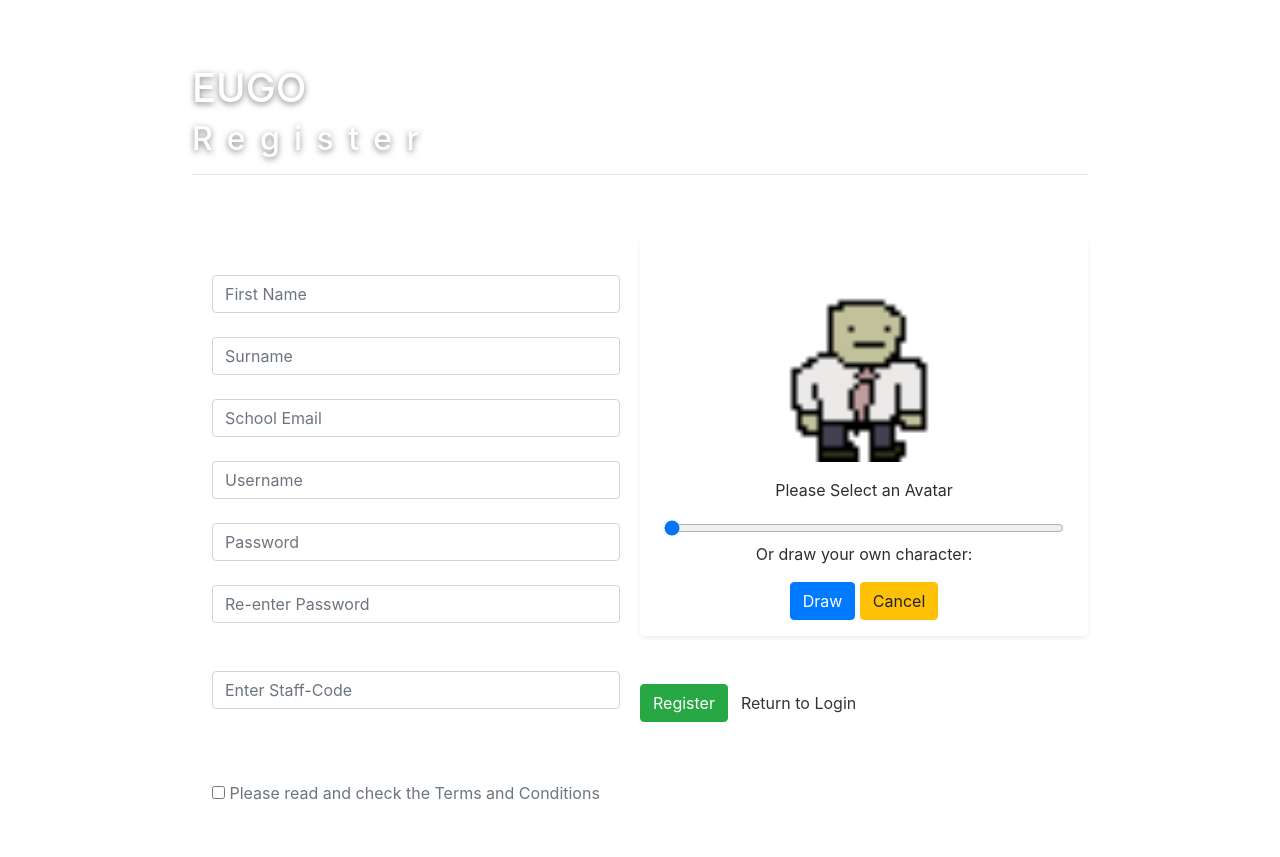
Repository: nbaker47/eugo_pokemongo_clone
Page: eugo/templates/register.html
An editor plug-in stored every save of this project. The page is shown before and after the next save, followed by the edit.
The browser window is 1280 px wide. The pictures show the whole page.
The template is drawn by Django 4.2. The application's start-up code is not run. Other server files are loaded and not shown. The template is opened directly, without the code that normally fills it, so the values that code supplies are empty.

Above is the page before, as saved 2022-03-23 12:59:44.

### eugo/templates/register.html
{% load static %}
<!doctype html>
<html lang="en">

<head>
    <meta charset="utf-8">
    <meta name="viewport" content="width=device-width, initial-scale=1, shrink-to-fit=no">
    <meta name="description" content="">
    <meta name="author" content="">

    <!---->
    <link rel="stylesheet" type="text/css" href='{% static "/eugo/css/bootstrap.css" %}' />

    <link rel="icon" href='{%static "/eugo/img/favicon.ico"%}'>

    <title>EUGO</title>

    <!-- Custom styles for this template -->
    <link href='{% static "/eugo/css/cover_cover.css" %}' rel="stylesheet">
    <link href='{% static "/eugo/css/map.css" %}' rel="stylesheet">
</head>

<body style="overflow: scroll;">

    <div id="reg-container">
        <div class="full-width-bar">
            <h1>EUGO</h1>
        </div>

        <div>
            <div class="cov-head">
                <h2 class="secondHeader">Register</h2>
                <hr>
            </div>
            <!-- Use java script to check validation-->

            <script>
                function validateForm() {

                    let fname = document.forms['myForm']['firstname'].value;
                    let lname = document.forms['myForm']['surname'].value;
                    //let username = document.forms['myForm']['username'].value;
                    let password1 = document.forms['myForm']['password1'].value;
                    let password2 = document.forms['myForm']['password2'].value;

                    var errors = [];
                    var valid = true;

                    var tester = /^[a-zA-Z]*$/


                    if (tester(fname)) {
                        errors.push("Name must not contain any spaces or special characters.")
                        valid = false;
                    }
                    if (tester(lname)) {
                        errors.push("Surname must not contain any spaces or special characters.")
                        valid = false;
                    }

                    if (password1 != password2) {
                        errors.push("Please keep the passwords the same.")
                        valid = false;
                    }

                    if (password1.search(/[a-z]/) < 0) {
                        errors.push("Your password must contain at least one letter.")
                        valid = false;
                    }
                    if (password1.search(/[0-9]/) < 0) {
                        errors.push("Your password must contain at least one digit.");
                        valid = false;
                    }
                    if (password1.search(/[A-Z]/) < 0) {
                        errors.push("Your password must contain at least one uppercase letter.")
                        valid = false;
                    }

                    if (errors.length > 0) {
                        var lines = errors.join("\r\n");
                        document.getElementById("errors").innerHTML = lines;
                    }

                    return valid;
                }
            </script>


            <br><br>
            <form id="formp" name="myForm" class="form" method="POST" action="." onsubmit="return validateForm()">
                <!--action to the php ./homePage.html -->
                {% csrf_token %}
                <!--Prevents csrf attacks -->
                <!--<p id="messages"></p>-->
                <!-- This will have the validation messages from the javascript checks-->
                <div id="register-form-left">
                    <p id="errors"></p>
                    <div class="form-group">
                        <label>
                        <input type="text" class="form-control" name="firstname" placeholder="First Name" size="50" required autocomplete="off">
                    </label>
                        <p id="fname"></p>
                    </div>
                    <div class="form-group">
                        <label>
                        <input type="text" class="form-control" name="surname" placeholder="Surname" size="50" required autocomplete="off">
                    </label>
                    </div>
                    <div class="form-group">
                        <label>
                        <input type="email" class="form-control"  name="email" placeholder="School Email" size="50" required autocomplete="off">
                    </label>
                    </div>
                    <div class="form-group">
                        <label>
                        <input type="text"  class="form-control" name="username" placeholder="Username" size="50" required autocomplete="off">
                    </label>
                    </div>
                    <div class="form-group">
                        <label>
                        <input type="password" class="form-control"  name="password1" placeholder="Password" size="50" minlength="8" required>
                    </label>
                    </div>
                    <div class="form-group">
                        <label>
                        <input type="password" class="form-control" name="password2" placeholder="Re-enter Password" size="50" minlength="8" required >
                    </label>
                    </div>
                    <br>
                    <div class="form-group">
                        <label>
                        <input type="text" class="form-control" name="staffno" placeholder="Enter Staff-Code" size="50" minlength="6">
                    </label>
                    </div>
                    <br><br>

                    <label>
                    <input type="checkbox" name="terms" value="" required>
                    <a href="https://gdpr.eu/terms-and-conditions/" class="text-muted">Please read and check the Terms and Conditions</a>
                </label>
                    <br><br>
                </div>
        </div>

        <!--Char selector-->
        <div id="char-select" class="shadow-sm p-3 mb-5 bg-white rounded">
            <img src="">
            <img src="">
            <img src="">
            <div class="image mt-3 mb-3 img-container" id="sliderImages">
                <img src='{% static "/eugo/img/teacher_sprites/teacher_1.png" %}' class="spirite-img">
                <img src='{% static "/eugo/img/teacher_sprites/teacher_2.png" %}' class="spirite-img">
                <img src='{% static "/eugo/img/teacher_sprites/teacher_3.png" %}' class="spirite-img">
            </div>

            <div id="sprite-designer-div">
                <canvas id="myCanvas" class="shadow-sm p-3 mb-5 bg-white rounded" width="500" height="500"></canvas>
                <div id="color-picker-div">
                    <label for="color-input" id="color-label" style="background-color: red"></label>
                    <input type="checkbox" id="color-input" checked></input>
                    <br>
                    <div id="color-picker">
                        <canvas id="color-block" height="150" width="150"></canvas>
                        <canvas id="color-strip" height="150" width="30"></canvas>
                    </div>
                    <input type="hidden" value="" id="colour-output">
                    <input type="hidden" value="" id="canvas-output" name="canvas-output">
                </div>
            </div>

            <p>Please Select an Avatar</p>
            <input class="rangeslider" type="range" id="sprite" name="sprite" min="1" max="3" value="1">
            <p>Or draw your own character:</p>
            <button type="button" id="draw-char-button" class="btn btn-primary">Draw</button>
            <button type="button" id="draw-char-button-cancel" class="btn btn-warning">Cancel</button>
        </div>

        <div class="btn-group" role="group" aria-label="Basic example">
            <label>
                    <input type="submit" onclick="saveCanvas()" class="btn btn-success" value="Register" size="25">
                </label>
            <br>
            </form>
            <form action="/eugo/login" class="form">
                <label>
                    <input type="submit" class="btn btn-secondary" value="Return to Login" size="25">
                </label>

            </form>
        </div>


</body>

<!--Color Picker Script-->
<script type="text/javascript">
    var colorBlock = document.getElementById('color-block');
    var ctx1 = colorBlock.getContext('2d');
    var width1 = colorBlock.width;
    var height1 = colorBlock.height;

    var colorStrip = document.getElementById('color-strip');
    var ctx2 = colorStrip.getContext('2d');
    var width2 = colorStrip.width;
    var height2 = colorStrip.height;

    var colorLabel = document.getElementById('color-label');

    var x = 0;
    var y = 0;
    var drag = false;
    var rgbaColor = 'rgba(255,0,0,1)';

    ctx1.rect(0, 0, width1, height1);
    fillGradient();

    ctx2.rect(0, 0, width2, height2);
    var grd1 = ctx2.createLinearGradient(0, 0, 0, height1);
    grd1.addColorStop(0, 'rgba(255, 0, 0, 1)');
    grd1.addColorStop(0.17, 'rgba(255, 255, 0, 1)');
    grd1.addColorStop(0.34, 'rgba(0, 255, 0, 1)');
    grd1.addColorStop(0.51, 'rgba(0, 255, 255, 1)');
    grd1.addColorStop(0.68, 'rgba(0, 0, 255, 1)');
    grd1.addColorStop(0.85, 'rgba(255, 0, 255, 1)');
    grd1.addColorStop(1, 'rgba(255, 0, 0, 1)');
    ctx2.fillStyle = grd1;
    ctx2.fill();

    function click(e) {
        x = e.offsetX;
        y = e.offsetY;
        var imageData = ctx2.getImageData(x, y, 1, 1).data;
        rgbaColor = 'rgba(' + imageData[0] + ',' + imageData[1] + ',' + imageData[2] + ',1)';
        fillGradient();
    }

    function fillGradient() {
        ctx1.fillStyle = rgbaColor;
        ctx1.fillRect(0, 0, width1, height1);

        var grdWhite = ctx2.createLinearGradient(0, 0, width1, 0);
        grdWhite.addColorStop(0, 'rgba(255,255,255,1)');
        grdWhite.addColorStop(1, 'rgba(255,255,255,0)');
        ctx1.fillStyle = grdWhite;
        ctx1.fillRect(0, 0, width1, height1);

        var grdBlack = ctx2.createLinearGradient(0, 0, 0, height1);
        grdBlack.addColorStop(0, 'rgba(0,0,0,0)');
        grdBlack.addColorStop(1, 'rgba(0,0,0,1)');
        ctx1.fillStyle = grdBlack;
        ctx1.fillRect(0, 0, width1, height1);
    }

    function mousedown(e) {
        drag = true;
        changeColor(e);
    }

    function mousemove(e) {
        if (drag) {
            changeColor(e);
        }
    }

    function mouseup(e) {
        drag = false;
    }

    function changeColor(e) {
        x = e.offsetX;
        y = e.offsetY;
        var imageData = ctx1.getImageData(x, y, 1, 1).data;
        rgbaColor = 'rgba(' + imageData[0] + ',' + imageData[1] + ',' + imageData[2] + ',1)';
        colorLabel.style.backgroundColor = rgbaColor;
        document.getElementById("colour-output").value = rgbaColor;
        var canvas = document.getElementById('myCanvas');
        var context = document.getElementById('myCanvas').getContext("2d");
        context = canvas.getContext("2d");
        context.strokeStyle = rgbaColor;
    }

    colorStrip.addEventListener("click", click, false);

    colorBlock.addEventListener("mousedown", mousedown, false);
    colorBlock.addEventListener("mouseup", mouseup, false);
    colorBlock.addEventListener("mousemove", mousemove, false);
</script>

<!--Sprite Canvas Script-->
<script>
    var custom_sprite = false;

    function saveCanvas() {
        var canvas = document.getElementById('myCanvas');
        var imageURI = canvas.toDataURL("image/jpg");
        if (custom_sprite) {
            document.getElementById('canvas-output').value = imageURI;
            console.log(document.getElementById('canvas-output').value);
        }
        //documen
    }

    //Srpite Slider
    window.addEventListener('load', function() {
        var rangeslider = document.getElementById("sprite");

        var images = document.getElementById("sliderImages");

        rangeslider.addEventListener('input', function() {
            for (var i = 0; i < images.children.length; i++) {
                images.children[i].style.display = 'none';
            }
            i = Number(this.value) - 1;
            images.children[i].style.display = 'block';
        });
    });

    //close canvas button hadnler
    document.getElementById('draw-char-button-cancel').addEventListener("click", closeCanvas);

    function closeCanvas() {
        sliderImages = document.getElementById('sliderImages');
        sliderImages.style.width = '100%';
        sliderImages.style.height = '100%';

        //hide colors
        var div = document.getElementById('sprite-designer-div');
        div.style.opacity = "0";
        div.style.height = "0";
        div.style.wdith = "0";
        var canvas = document.getElementById('myCanvas');
        canvas.style.width = "0";
        canvas.style.height = "0";

        custom_sprite = false;
    }

    //Sprite Drawer:
    document.getElementById('draw-char-button').addEventListener("click", openCanvas);
    //open canvas
    function openCanvas() {
        //hide sprites
        sliderImages = document.getElementById('sliderImages');
        sliderImages.style.width = '0';
        sliderImages.style.height = '0';

        //show colors
        var div = document.getElementById('sprite-designer-div');
        div.style.opacity = "1";
        div.style.height = "100%";
        div.style.wdith = "100%";

        var canvas = document.getElementById('myCanvas');
        canvas.style.width = "500px";
        canvas.style.height = "500px";
        var context = document.getElementById('myCanvas').getContext("2d");
        context = canvas.getContext("2d");
        context.strokeStyle = document.getElementById("color-label").value;
        context.lineJoin = "round";
        context.lineWidth = 5;

        //cancel preset sprite
        //document.getElementById('sprite').value = '999';
        custom_sprite = true;


        var clickX = [];
        var clickY = [];
        var clickDrag = [];
        var paint;

        /**
         * Add information where the user clicked at.
         * @param {number} x
         * @param {number} y
         * @return {boolean} dragging
         */
        function addClick(x, y, dragging) {
            clickX.push(x);
            clickY.push(y);
            clickDrag.push(dragging);
        }

        /**
         * Redraw the complete canvas.
         */
        function redraw() {
            // Clears the canvas
            context.clearRect(0, 0, context.canvas.width, context.canvas.height);

            for (var i = 0; i < clickX.length; i += 1) {
                if (!clickDrag[i] && i == 0) {
                    context.beginPath();
                    context.moveTo(clickX[i], clickY[i]);
                    context.stroke();
                } else if (!clickDrag[i] && i > 0) {
                    context.closePath();

                    context.beginPath();
                    context.moveTo(clickX[i], clickY[i]);
                    context.stroke();
                } else {
                    context.lineTo(clickX[i], clickY[i]);
                    context.stroke();
                }
            }
        }

        /**
         * Draw the newly added point.
         * @return {void}
         */
        function drawNew() {
            var i = clickX.length - 1
            if (!clickDrag[i]) {
                if (clickX.length == 0) {
                    context.beginPath();
                    context.moveTo(clickX[i], clickY[i]);
                    context.stroke();
                } else {
                    context.closePath();

                    context.beginPath();
                    context.moveTo(clickX[i], clickY[i]);
                    context.stroke();
                }
            } else {
                context.lineTo(clickX[i], clickY[i]);
                context.stroke();
            }
        }

        function mouseDownEventHandler(e) {
            paint = true;
            var x = e.pageX - canvas.offsetLeft;
            var y = e.pageY - canvas.offsetTop;
            if (paint) {
                addClick(x, y, false);
                drawNew();
            }
        }

        function touchstartEventHandler(e) {
            paint = true;
            if (paint) {
                addClick(e.touches[0].pageX - canvas.offsetLeft, e.touches[0].pageY - canvas.offsetTop, false);
                drawNew();
            }
        }

        function mouseUpEventHandler(e) {
            context.closePath();
            paint = false;
        }

        function mouseMoveEventHandler(e) {
            var x = e.pageX - canvas.offsetLeft;
            var y = e.pageY - canvas.offsetTop;
            if (paint) {
                addClick(x, y, true);
                drawNew();
            }
        }

        function touchMoveEventHandler(e) {
            if (paint) {
                addClick(e.touches[0].pageX - canvas.offsetLeft, e.touches[0].pageY - canvas.offsetTop, true);
                drawNew();
            }
        }

        function setUpHandler(isMouseandNotTouch, detectEvent) {
            removeRaceHandlers();
            if (isMouseandNotTouch) {
                canvas.addEventListener('mouseup', mouseUpEventHandler);
                canvas.addEventListener('mousemove', mouseMoveEventHandler);
                canvas.addEventListener('mousedown', mouseDownEventHandler);
                mouseDownEventHandler(detectEvent);
            } else {
                canvas.addEventListener('touchstart', touchstartEventHandler);
                canvas.addEventListener('touchmove', touchMoveEventHandler);
                canvas.addEventListener('touchend', mouseUpEventHandler);
                touchstartEventHandler(detectEvent);
            }
        }

        function mouseWins(e) {
            setUpHandler(true, e);
        }

        function touchWins(e) {
            setUpHandler(false, e);
        }

        function removeRaceHandlers() {
            canvas.removeEventListener('mousedown', mouseWins);
            canvas.removeEventListener('touchstart', touchWins);
        }

        canvas.addEventListener('mousedown', mouseWins);
        canvas.addEventListener('touchstart', touchWins);
    }
</script>

</html>

### eugo/static/eugo/css/cover_cover.css
/*
 * Globals
 */

@-webkit-keyframes titleAnimation {
    from {
        font-size: 10px;
    }
    to {
        font-size: 30px;
    }
}

@-moz-keyframes titleAnimation {
    from {
        font-size: 10px;
    }
    to {
        font-size: 30px;
    }
}

@keyframes titleAnimation {
    from {
        font-size: 10px;
    }
    to {
        font-size: 30px;
    }
}


/* Links */

a,
a:focus,
a:hover {
    color: #fff;
}


/* Custom default button */

.btn-secondary,
.btn-secondary:hover,
.btn-secondary:focus {
    color: #333;
    text-shadow: none;
    /* Prevent inheritance from `body` */
    background-color: #fff;
    border: .05rem solid #fff;
}

html,
body {
    width: 100%;
    height: 100%;
    background-color: rgb(255, 255, 255);
}

body {
    display: -ms-flexbox;
    display: -webkit-box;
    display: flex;
    -ms-flex-pack: center;
    -webkit-box-pack: center;
    justify-content: center;
    color: #fff;
    text-shadow: 0 .1rem .4rem rgba(0, 0, 0, .5);
    /*box-shadow: inset 0 0 5rem rgba(0, 0, 0, .5);*/
}

#parent-container {
    position: relative;
}

.canvas_class {
    z-index: 0;
    position: relative;
    top: 0;
    left: 0;
}

.cover-container {
    max-width: 42em;
    z-index: 2;
    position: absolute;
}

.inner-cover {
    margin-top: 100%;
}

.cov-head {
    letter-spacing: .4rem;
    -webkit-animation: textgrowth ease-in-out 1;
    -moz-animation: textgrowth ease-in-out 1;
    animation: textgrowth ease-in-out 1;
    -webkit-animation-fill-mode: forwards;
    -moz-animation-fill-mode: forwards;
    animation-fill-mode: forwards;
    -webkit-animation-duration: 3s;
    -moz-animation-duration: 3s;
    animation-duration: 3s;
}

@keyframes textgrowth {
    0% {
        font-size: 48px;
        letter-spacing: .4rem;
    }
    100% {
        font-size: 50px;
        letter-spacing: .9rem;
    }
}


/*
 * Cover
 */

.cover {
    padding: 0 1.5rem;
}

.cover .btn-lg {
    padding: .75rem 1.25rem;
    font-weight: 700;
}


/*
 * Footer
 */

.mastfoot {
    color: rgba(255, 255, 255, .5);
}

#formp {
    color: #333;
    text-shadow: none;
}

#reg-container {
    width: 80%;
    top: 5%;
    padding: 5%;
}

#char-select {
    width: 50%;
    float: left;
    padding: 10px;
    text-align: center;
    color: #2e2e2e;
    text-shadow: none;
}

#register-form-left {
    width: 50%;
    float: left;
    padding: 20px;
}

#myCanvas {
    width: 0;
    height: 0;
    position: relative;
}

#color-input {
    display: none;
}

#color-label {
    height: 30px;
    width: 100px;
}

#color-input:checked~#color-picker {
    opacity: 1;
}

#color-picker-div {}

canvas:hover {
    cursor: crosshair;
}

#sprite-designer-div {
    opacity: 0;
    height: 0;
    width: 0;
    display: flex;
}

#errors {
    white-space: pre;
}

Loaded but not shown: eugo/static/eugo/css/bootstrap.css (library); eugo/static/eugo/css/map.css (321 lines, source omitted)

After the next save:
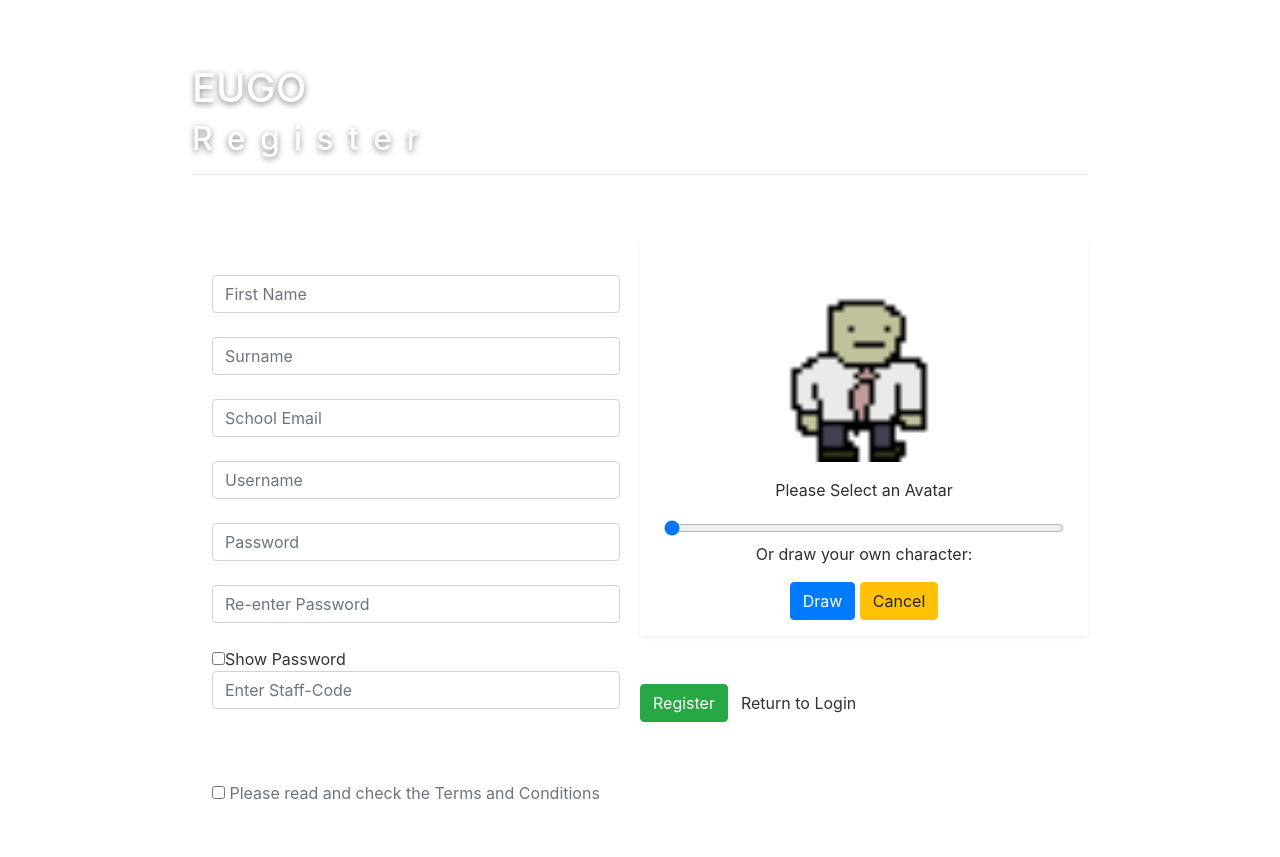
Saved 84 s later.
--- a/eugo/templates/register.html
+++ b/eugo/templates/register.html
@@ -118,14 +118,15 @@
                     </div>
                     <div class="form-group">
                         <label>
-                        <input type="password" class="form-control"  name="password1" placeholder="Password" size="50" minlength="8" required>
-                    </label>
-                    </div>
-                    <div class="form-group">
-                        <label>
-                        <input type="password" class="form-control" name="password2" placeholder="Re-enter Password" size="50" minlength="8" required >
-                    </label>
-                    </div>
+                        <input type="password" class="form-control"  name="password1" id="pass" placeholder="Password" size="50" minlength="8" required>
+                    </label>
+                    </div>
+                    <div class="form-group">
+                        <label>
+                        <input type="password" class="form-control" name="password2" id="pass" placeholder="Re-enter Password" size="50" minlength="8" required >
+                    </label>
+                    </div>
+                    <input type="checkbox" onclick="myFunction()">Show Password
                     <br>
                     <div class="form-group">
                         <label>
